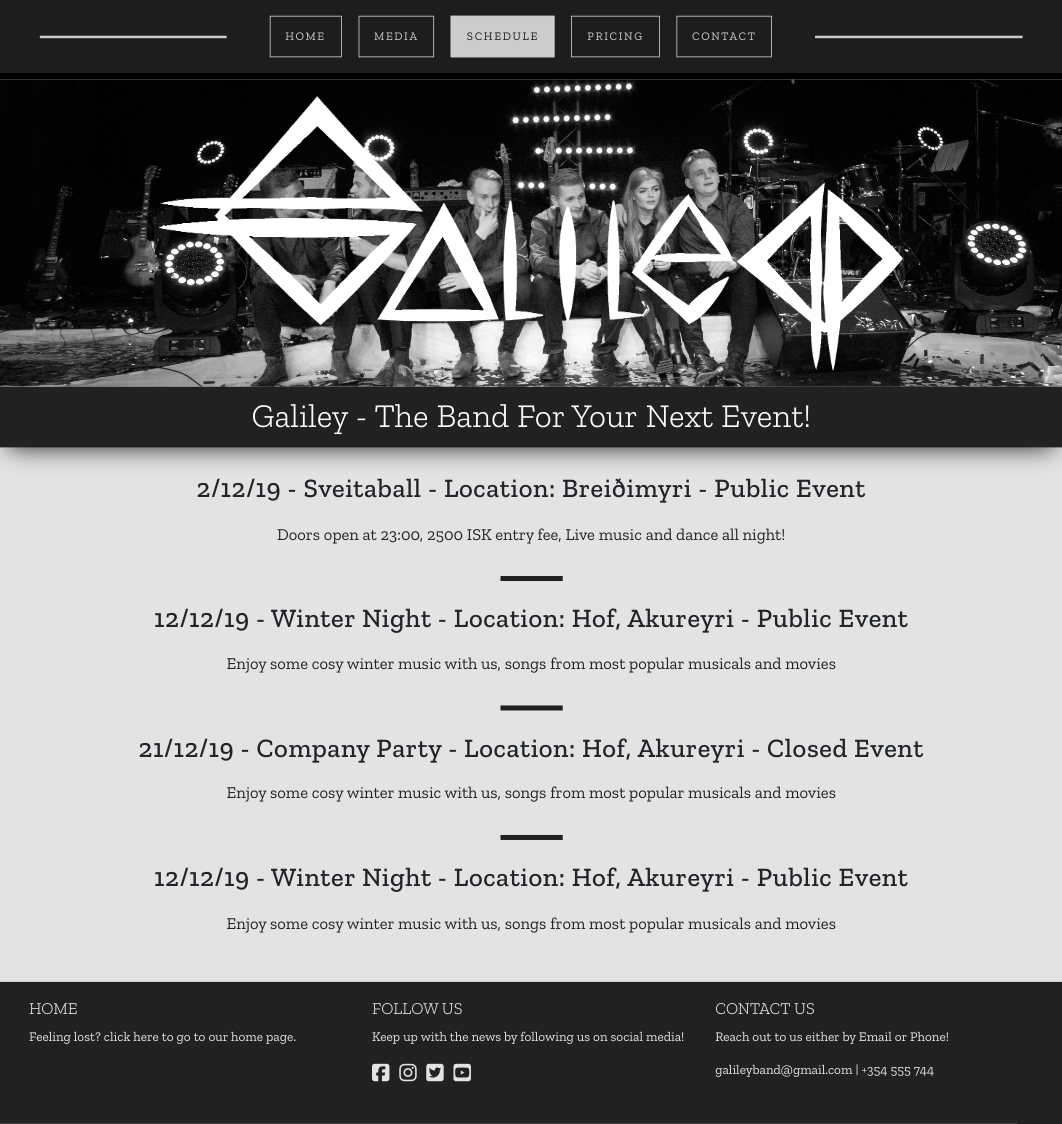
Repository: HeimirDavid/Galiley-Website
Page: schedule.html
The author's editor kept a record of every edit. The page is drawn from the files as they stood at one moment, then again after the next edit.
The browser window is 1280 px wide. The pictures show the whole page, at 83% of full size.
Some web libraries are served in a nearby version.

Above is the page before.

### schedule.html
<!DOCTYPE html>
<html lang="en">

<head>
    <meta charset="UTF-8">
    <meta name="viewport" content="width=device-width, initial-scale=1.0">
    <meta http-equiv="X-UA-Compatible" content="ie=edge">

    <link rel="stylesheet" href="https://stackpath.bootstrapcdn.com/bootstrap/4.3.1/css/bootstrap.min.css" integrity="sha384-ggOyR0iXCbMQv3Xipma34MD+dH/1fQ784/j6cY/iJTQUOhcWr7x9JvoRxT2MZw1T" crossorigin="anonymous">
    <link rel="stylesheet" href="https://cdnjs.cloudflare.com/ajax/libs/hover.css/2.3.1/css/hover-min.css" type="text/css" />
    <link rel="stylesheet" href="assets/css/style.css" type="text/css" />

    <script src="https://code.jquery.com/jquery-3.3.1.slim.min.js" integrity="sha384-q8i/X+965DzO0rT7abK41JStQIAqVgRVzpbzo5smXKp4YfRvH+8abtTE1Pi6jizo" crossorigin="anonymous"></script>
    <script src="https://cdnjs.cloudflare.com/ajax/libs/popper.js/1.14.7/umd/popper.min.js" integrity="sha384-UO2eT0CpHqdSJQ6hJty5KVphtPhzWj9WO1clHTMGa3JDZwrnQq4sF86dIHNDz0W1" crossorigin="anonymous"></script>
    <script src="https://stackpath.bootstrapcdn.com/bootstrap/4.3.1/js/bootstrap.min.js" integrity="sha384-JjSmVgyd0p3pXB1rRibZUAYoIIy6OrQ6VrjIEaFf/nJGzIxFDsf4x0xIM+B07jRM" crossorigin="anonymous"></script>
    <script src="https://kit.fontawesome.com/2ea8c5e5d2.js" crossorigin="anonymous"></script>

    <title>Galiley</title>
</head>

<body>
    <header>
        <!------ Header Navigation Menu, Mainly written with bootstrap  ------>
        <div class="row no-gutters">
            <div class="col black-container">
                <nav class="navbar fixed-top navbar-expand-md navbar-dark bg-dark" id="navbar-black-color">
                    <!-- Navbar position with help of this  -->
                    <a class="navbar-brand" href="index.html">Galiley - Home</a>
                    <!-- tutorial: https://www.youtube.com/watch?v=NzjU1GmKosQ&t=90s  -->
                    <button class="navbar-toggler" type="button" data-toggle="collapse" data-target="#navbarSupportedContent" aria-controls="navbarSupportedContent" aria-expanded="false" aria-label="Toggle navigation">
                    <span class="navbar-toggler-icon"></span></button>
                    <div class="collapse navbar-collapse" id="navbarSupportedContent">
                        <ul class="navbar-nav m-auto">
                            <li class="nav-item menuitem">
                                <a class="nav-link" href="index.html"><span>Home</span></a>
                            </li>
                            <li class="nav-item menuitem">
                                <a class="nav-link" href="media.html"><span>Media</span></a>
                            </li>
                            <li class="nav-item menuitem active-item">
                                <a class="nav-link" href="schedule.html"><span>Schedule</span></a>
                            </li>
                            <li class="nav-item menuitem">
                                <a class="nav-link" href="pricing.html"><span>Pricing</span></a>
                            </li>
                            <li class="nav-item menuitem">
                                <a class="nav-link" href="contact.html"><span>Contact</span></a>
                            </li>
                        </ul>
                    </div>
                </nav>
            </div>
        </div>

        <!------ Header Logo Image ------>
        <div class="logo-container">
            <div class="row no-gutters">
                <div class="col header-background-img">
                    <a href="#">
                    <img class="logo-white" src="assets/images/galiley_vit.png">
                </a>
                </div>
            </div>
        </div>

        <!------ Header Text  ------>
        <div class="row no-gutters">
            <div class="col h1-heading">
                <h1>Galiley - The Band For Your Next Event!</h1>
            </div>
        </div>
    </header>

    <section class="container">
        <div class="row schedule-row">
            <div class="col text-center">
                <h3 class="header-h3 schedule-header">2/12/19 - Sveitaball - Location: Breiðimyri - Public Event</h3>
                <p class="p-text">
                    Doors open at 23:00, 2500 ISK entry fee, Live music and dance all night!
                </p>
                <hr class="block-devider">
                <h3 class="header-h3 schedule-header">12/12/19 - Winter Night - Location: Hof, Akureyri - Public Event</h3>
                <p class="p-text">
                    Enjoy some cosy winter music with us, songs from most popular musicals and movies
                </p>
                <hr class="block-devider">
                <h3 class="header-h3 schedule-header">21/12/19 - Company Party - Location: Hof, Akureyri - Closed Event</h3>
                <p class="p-text">
                    Enjoy some cosy winter music with us, songs from most popular musicals and movies
                </p>
                <hr class="block-devider">
                <h3 class="header-h3 schedule-header">12/12/19 - Winter Night - Location: Hof, Akureyri - Public Event</h3>
                <p class="p-text">
                    Enjoy some cosy winter music with us, songs from most popular musicals and movies
                </p>
            </div>
        </div>

    </section>
    <!--
    <section class="container-fluid">
        <div class="row">
            <div class="col schedule-col">
                <div class="table-responsive">
                    <table class="table table-hover table-dark">
                        <thead>
                            <tr>
                                <th scope="col">Date</th>
                                <th scope="col">Type</th>
                                <th scope="col">Location</th>
                                <th scope="col">Public/Closed</th>
                            </tr>
                        </thead>
                        <tbody>
                            <tr>
                                <th scope="row">1</th>
                                <td>Mark</td>
                                <td>Otto</td>
                                <td>@mdo</td>
                            </tr>
                            <tr>
                                <th scope="row">2</th>
                                <td>Jacob</td>
                                <td>Thornton</td>
                                <td>@fat</td>
                            </tr>
                            <tr>
                                <th scope="row">3</th>
                                <td colspan="2">Larry the Bird</td>
                                <td>@twitter</td>
                            </tr>
                        </tbody>
                    </table>
                </div>
            </div>
        </div>
    </section>
    -->

    <footer>
        <!------ Footer section, Mainly structured and written with the help from CI tutorials from the Resume-Project.
                             Since i liked the design and strucure and felt that it fits well within this project. ------>
        <div class="container-fluid">
            <div class="row" id="footer-details">
                <div class="col-sm-4">
                    <h5 class="uppercase footer-heading">
                        <a href="index.html" class="footer-links">Home</a>
                    </h5>
                    <p class="inline-block">Feeling lost? click here to go to our home page.</p>
                </div>

                <div class="col-sm-4">
                    <h5 class="uppercase footer-heading">Follow Us</h5>
                    <p class="inline-block">Keep up with the news by following us on social media!</p>
                    <ul class="list-inline social-media-links">
                        <li class="list-inline-item">
                            <a class="footer-links" target="_blank" href="https://www.facebook.com/GalileyBand/">
                                <i class="fab fa-facebook-square"></i>
                                <span class="sr-only">Facebook</span>
                            </a>
                        </li>
                        <li class="list-inline-item">
                            <a class="footer-links" target="_blank" href="#">
                                <i class="fab fa-instagram"></i>
                                <span class="sr-only">Instagram</span>
                            </a>
                        </li>
                        <li class="list-inline-item">
                            <a class="footer-links" target="_blank" href="#">
                                <i class="fab fa-twitter-square"></i>
                                <span class="sr-only">Twitter</span>
                            </a>
                        </li>
                        <li class="list-inline-item">
                            <a class="footer-links" target="_blank" href="#">
                                <i class="fab fa-youtube-square"></i>
                                <span class="sr-only">Youtube</span>
                            </a>
                        </li>
                    </ul>
                </div>

                <div class="col-sm-4">
                    <h5 class="uppercase footer-heading">Contact Us</h5>
                    <p class="inline-block">Reach out to us either by Email or Phone!</p>
                    <p>galileyband@gmail.com | +354 555 744</p>
                </div>
            </div>
        </div>
    </footer>
</body>

</html>

### assets/css/style.css
@import url('https://fonts.googleapis.com/css?family=Zilla+Slab:300,400,500,600,700&display=swap');

html {
    scroll-behavior: smooth;
}

body {
    font-family: 'Zilla Slab', serif;
    background-color: #e3e3e3;
    overflow-x: hidden;
}

/*--------------------------------- Colour */

.green-color {
    background-color: #35af7e;
}

.grey-color {
    background-color: #c5c5c5;
}

.grey-blue {
    background-color: #76809a;
}
/*------------------------------- Special padding/margins/text */

h1, h2, h3, h4, h5 {
    margin: 0;
}

.uppercase {
    text-transform: uppercase;
}

.inline-block {
    display: inline-block;
}

.block-devider {
    width: 75px;
    height: 5px;
    background-color: #212121;
}

.block-devider-white {
    width: 75px;
    height: 5px;
    background-color: #e3e3e3;
}

.container-fluid {
    padding: 0;
}

.row {
    margin-right: 0;
    margin-left: 0;
}

/*--------------------------------- General and shares styles/items */

.text-center {
    text-align: center;
}

.item-center {
    item-align: center;
}

.gotop-col {
    padding: 20px;
}

.gotopbtn {
    text-align: center;
    text-decoration: none;
    color: #212121;
    font-size: 1.5em;
    margin: 20px 20px;
    transition: ease-in-out 0.3s;
    -moz-transition: ease-in-out 0.3s;
    -webkit-transition: ease-in-out 0.3s;
    -o-transition: ease-in-out 0.3s;
}

.gotopbtn:hover {
    color: #a5a5a5;
    text-decoration: none;
}

.btn-book {
    font-size: 24px;
    border-radius: 2px;
    background-color: rgba(33, 33, 33, 0.5);
    border-color: rgba(33, 33, 33, 0)
}

/*--------------------------------- Headings text styles */

.header-h2 {
    font-weight: 500;
    padding: 10px 10px 20px 10px;
    letter-spacing: 1.5px;
}

.header-h3 {
    font-weight: 300;
    letter-spacing: 0.7px;
    padding: 10px;
}

.header-h4 {
    font-weight: 400;
    letter-spacing: 0.8px;
    font-size: 28px;
    padding: 10px;
}

.header-h5 {
    font-weight: 400;
    font-size: 24px;
    letter-spacing: 0.8px;
    padding: 10px;
}

/*--------------------------------- Navbar/Menu */

.navbar {
    opacity: 0.9;
    text-align: center;
    padding-bottom: 1.2em;
}

.menuitem {
    height: 50px;
    text-align: center;
    padding-left: 10px;
    padding-right: 10px;
    margin: 0px 10px 0px 10px;
    border: 1px solid #e3e3e3;
    transition: ease-in-out 0.3s;
    -moz-transition: ease-in-out 0.3s;
    -webkit-transition: ease-in-out 0.3s;
    -o-transition: ease-in-out 0.3s;
}

.menuitem a {
    width: 100%;
    text-decoration: none;
    color: #e3e3e3;
}

.menuitem a i {
    padding-top: 22px;
    display: block;
    color: #e3e3e3;
    font-size: 26px;
}

.menuitem span {
    display: block;
    width: 100%;
    padding-top: 5px;
    text-align: center;
    text-transform: uppercase;
    font-size: 14px;
    font-weight: 400;
    letter-spacing: 2px;
    transition: ease-in-out 0.3s;
    -moz-transition: ease-in-out 0.3s;
    -webkit-transition: ease-in-out 0.3s;
    -o-transition: ease-in-out 0.3s;
    color: #e3e3e3;

}

.menuitem:hover {
    background-color: #e3e3e3;
}

.menuitem:hover.menuitem span {
    color: #212121;
}

.navbar::before,     /* Before and After used from inspiration of this tutorial: https://www.youtube.com/watch?v=zGiirUiWslI   */
.navbar::after {
    content: "";
    margin-left: 2em;
    margin-right: 2em;
    width: 18%;
    height: 0.2em;
    background-color: #e3e3e3;
}

.navbar-nav .active-item span {
    color: #212121;
}

.navbar-nav .active-item {
    background-color: #e3e3e3;
}

.navbar::after {
    width: 20%;
}

.fixed-top {
    padding-top: 1.2em;
}

.navbar-brand {
    display: none;
}

#navbar-black-color {
    background-color: #212121!important;
}




/*--------------------------------- Header */

.black-container {
    position: relative;
    top: 0;
    left: 0;
    width: 100%;
    height:6em;
    background-color: #000;
}

.h1-heading {
    color: #fafafa;
    padding: 10px 0px 15px 0px;
    text-align: center;
    background-color: #212121;
    box-shadow: 0px 10px 30px -10px #212121;
}

.h1-heading h1 {
    font-weight: 300;
}

.header-background-img {
    display: block;
    background-image: url("../images/galiley_diddi.jpg");
    padding: 20px;
    background-size: cover;
}

/*
.logo-container {
    margin-top: 7%;
}
*/

.logo-white {
    opacity: 1.9;
    display: block;
    margin-left: auto;
    margin-right: auto;
    width: 70%;
}

/*--------------------------------- Footer */

footer {
    background-color: #212121;
    color: #e3e3e3;
    min-height: 100px;
    margin: 0;
}

.footer-heading {
    font-weight: 300;
    text-decoration: none;
    margin-bottom: 10px;
}

.footer-heading a {
    transition: ease-in-out 0.3s;
    -moz-transition: ease-in-out 0.3s;
    -webkit-transition: ease-in-out 0.3s;
    -o-transition: ease-in-out 0.3s;
}

.footer-heading a:hover {
    color: #a5a5a5;
    text-decoration: none;
}

.footer-links {
    color: #e3e3e3;
}

.social-media-links {
    padding-bottom: 10px;
}

.social-media-links li a i {
    font-size: x-large;
    padding: 10px 0px;
    line-height: 10px;
    transition: ease-in-out 0.3s;
    -moz-transition: ease-in-out 0.3s;
    -webkit-transition: ease-in-out 0.3s;
    -o-transition: ease-in-out 0.3s;
}

.social-media-links li a i:hover {
    color: #35af7e;
}

#footer-details {
    padding: 20px;
}

/*--------------------------------- About - Section / What we offer - Section */

.about-offer-row {
    padding: 20px 0px;
}

.p-text {
    font-size: 20px;
    padding: 10px 10px 20px 10px;
}

.about-row {
    padding: 60px 10px 20px 10px;
}

.offer-card {
    background-color: #212121;
    color: #e3e3e3;
    padding: 20px;
    margin-bottom: 45px;
    box-shadow: 3px 3px 15px 0px #000;
    opacity: 0.9;
}

/*--------------------------------- Reviews - section */

.review-header {
    background-color: #212121;
    color: #fafafa;
    padding: 10px 0px 15px 0px;
    text-align: center;
    box-shadow: 0px 1px 10px 1px #212121;
}

.review-header h2 {
    font-weight: 300;
}

.review-cards {
    background-color: #212121;
    color: #e3e3e3;
    opacity: 0.9;
    max-width: 250px;
    padding: 20px;
    margin: 30px;
    margin-right: auto;
    margin-left: auto;
    text-align: center;
    border-radius: 10px;
    box-shadow: 5px 5px 15px 0px #212121;
}

.cards-header {
    font-weight: 300;
    letter-spacing: 0.8px;
    margin-bottom: 15px;
}

.review-p {
    font-size: 18px;
    font-weight: 200;
    letter-spacing: 0.8px;
}

/*--------------------------------- Setlist Section / Video Section */

.spotify-header-row {
    background-color: #35af7e;
}

.media-header {
    padding: 20px;
    font-weight: 300;
    font-size: 38px;
}

.spotify-row {
    margin-bottom: 40px;
}

.setlist-header-col {
    color: #000;
    padding: 30px;
}

.media-h4 {
    font-weight: 300;
    font-size: 30px;
    padding: 10px;
}

.media-p {
    font-size: 22px;
    font-weight: 300;
}

.spotify-col {
    color: #e3e3e3;
    background-color: rgba(0, 0, 0, 0.5);
    margin: auto;
    margin-top: 20px;
    padding: 20px 10px 0px 10px;
    max-width: 300px;
    border-radius: 12px;
    border-radius: 10px;
    box-shadow: 5px 5px 15px 0px #212121;
}

.spotify-col::before {
    content: "";
    top: 0;
    left: 0;
    background-color: #212121;
    height: 100px;
    width: 1em;
}

.spotify-player {
    opacity: .96;
}

.video-header-col {
    background-color: #212121;
    color: #e3e3e3;
    padding: 20px 0px;
    box-shadow: 0px 10px 30px -10px #212121;
}

.youtube-col {
    padding: 10px;
}

.youtube-container {  /*   Code copied to make youtube player responsive. Source: https://avexdesigns.com/responsive-youtube-embed/    */
position: relative;
padding-bottom: 56.25%;
padding-top: 30px; height: 0; overflow: hidden;
}

.youtube-container iframe,
.youtube-container object,
.youtube-container embed {
position: absolute;
top: 0;
left: 0;
width: 100%;
height: 100%;
}

/*--------------------------------- Pricing */

.pricing-col {
    padding-top: 30px;
    height: 100%;
    background-color: #4b4b4b;
    color: #e3e3e3;
}

.package-header-row {
    padding-top: 30px;
    color: #e3e3e3;
}

.package-row {
    padding-top: 30px;
    color: #e3e3e3;
}

.package-cards {
    box-shadow: 1px 1px 1px 1px #cacaca;
    padding: 20px 10px;
    margin-top: 15px;
    margin-bottom: 15px;
}

.package-cards ul {
    list-style: none;
    padding:0;
}

.package-cards ul li {
        margin: 10px 0px;
}

/*--------------------------------- Contact Page */

.header-h5-contact {
    font-weight: 600;
    font-size: 24px;
    letter-spacing: 0.8px;
    padding: 10px;
}

.contact-form {
    max-width: 80%;
    margin: 30px auto 10px auto;
}

.contact-col {
    margin-top: 20px;
}

.form-control {
    border-radius: 2px;
    background-color: #dcdfe2;
}

.btn-contact {
    color: #e3e3e3;
    background-color: #212121;
    font-size: 20px;
    padding: 12px;
    border-radius: 2px;
    margin: 20px;
    transition: ease-in-out 0.3s;
    -moz-transition: ease-in-out 0.3s;
    -webkit-transition: ease-in-out 0.3s;
    -o-transition: ease-in-out 0.3s;
}

.btn-contact:hover {
    background-color: #35af7e;
}

/*--------------------------------- Schedule Page */

.schedule-row {
    margin: 20px;
}

.schedule-header {
    font-weight: 500;
    font-size: 32px;
}

/*--------------------------------- Media Queries */

@media (max-width: 767px) {

    .navbar::before,
    .navbar::after {
        display: none;
    }

    .navbar-brand {
        display: block;
    }

    .fixed-top {
        padding: 1em;
    }

    .reviews-container {
        background-color: #e3e3e3;
    }

    .reviews-container {
        background: #e3e3e3;
    }

    .package-row,
    .package-row .package-header-row
    {
        background-color: #e3e3e3;
        color: #212121;
    }
}

@media (min-width: 767px) {

    /* Images use and fixed image website layout inspiried by this tutorial: https://www.youtube.com/watch?v=PWoOpJtkyjI */
    #about-image { /* Image from unsplash taken by Luca Baggio */
        background-image: url("../images/about-background.jpg");
        background-attachment: fixed;
        background-size: cover;
        height: 120vh;
        width: 100%;
    }

    #spotify-background-img {
        background-image: url("../images/spotify-background-img.jpg");
        background-attachment: fixed;
        background-size: cover;
        height: 120vh;
        width: 100%;
    }

    #offer-image {
        background-image: url("../images/galiley-offer.jpg");
        background-attachment: scroll;
        background-size: cover;
        height: 100%;
        width: 100%;
        box-shadow: 0px -3px 7px 0px;
    }

    #packages-img {
        background-image: url("../images/packages-img.jpg");
        background-attachment: scroll;
        background-size: cover;
        height: 100%;
        width: 100%;
    }

    /*
    .green-black-img {
        background-image: url("../images/setlist-background.png");
        background-attachment: fixed;
        background-size: cover;
        box-shadow: 0px -3px 7px 0px;
    }
    */

    .about-offer-row {
    padding: 60px 10px 20px 10px;
    }

    .youtube-row {
        padding-top: 50px;
    }

    .youtube-col {
        padding: 10px 100px;
    }
}

@media (min-width: 767px) and (max-width: 1000px) {
    #about-image {
        background-image: url("../images/about-background.jpg");
        background-attachment: fixed;
        background-size: cover;
        height: 200vh;
        width: 100%;
    }

        #spotify-background-img {
        background-image: url("../images/spotify-background-img.jpg");
        background-attachment: fixed;
        background-size: cover;
        height: 250vh;
        width: 100%;
    }
}

@media (max-width: 576px) {
    /* To get rid of padding and margin to link up "Offer section" and "reviews section" in mobile view */
    .about-offer-row {
    padding-top: 20px;
    }

    .offer-card {
        margin: 0;
    }
}

After the next edit:
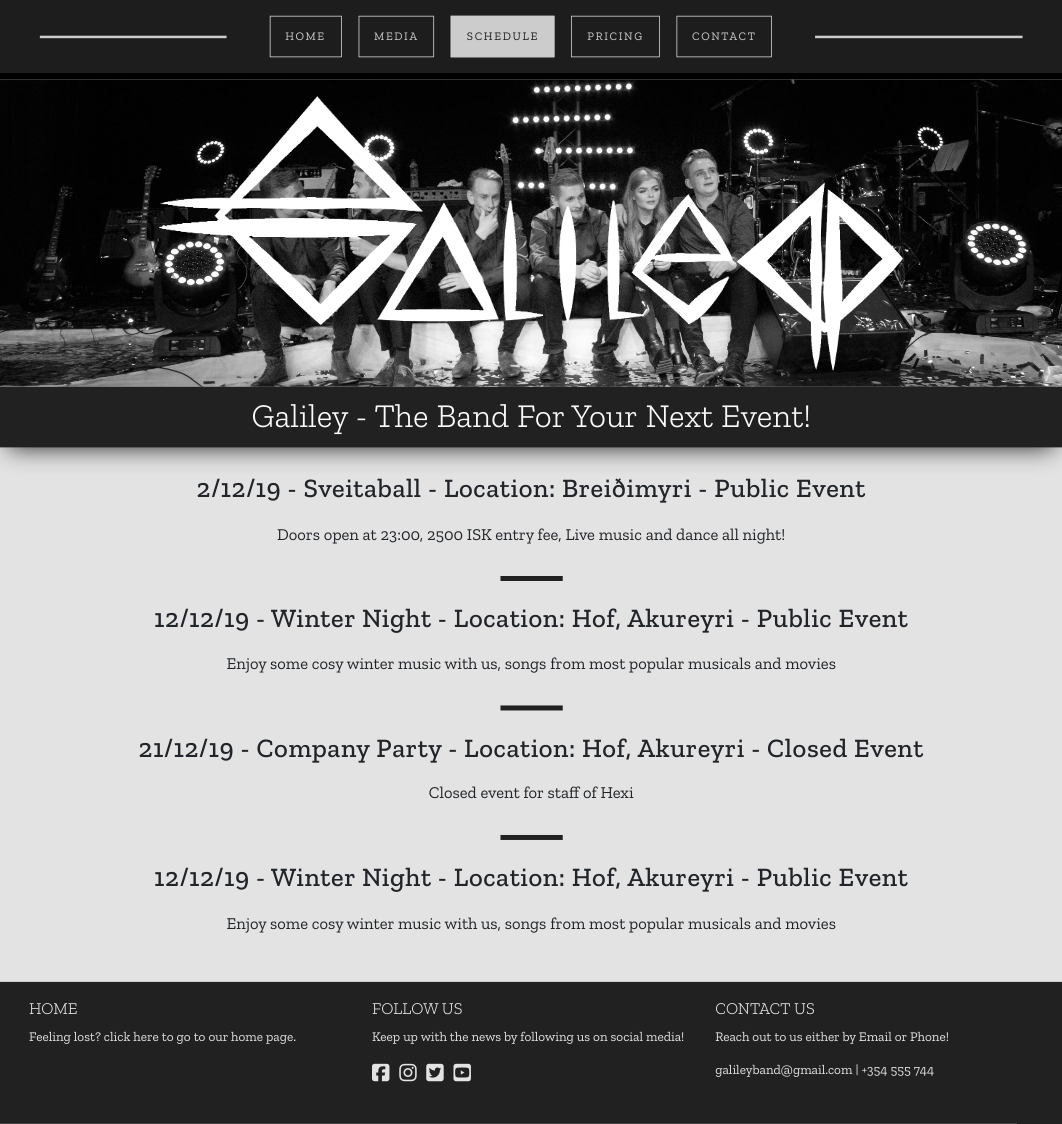
The edit:
--- a/schedule.html
+++ b/schedule.html
@@ -86,7 +86,7 @@
                 <hr class="block-devider">
                 <h3 class="header-h3 schedule-header">21/12/19 - Company Party - Location: Hof, Akureyri - Closed Event</h3>
                 <p class="p-text">
-                    Enjoy some cosy winter music with us, songs from most popular musicals and movies
+                    Closed event for staff of Hexi
                 </p>
                 <hr class="block-devider">
                 <h3 class="header-h3 schedule-header">12/12/19 - Winter Night - Location: Hof, Akureyri - Public Event</h3>
